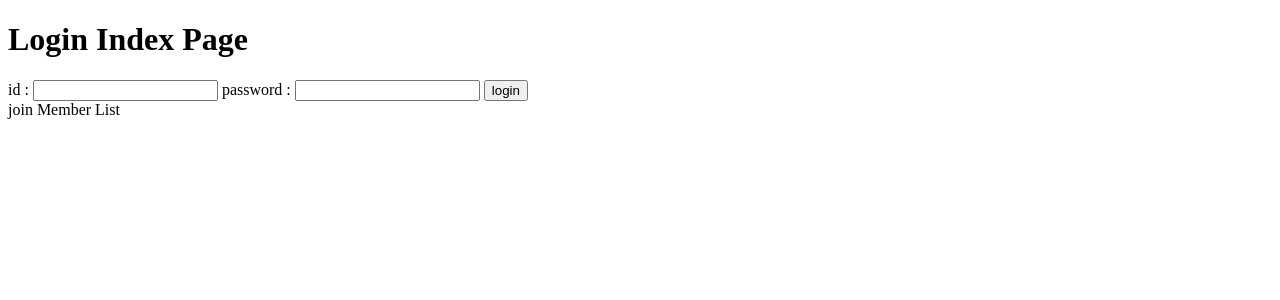
Repository: Dog-voice/king
Page: http://localhost/jsp_logint/
The author's editor kept a copy of each file at every save. The page is drawn from the files as they stood at one save, then again after the next save.
The browser window is 1280 px wide. The pictures show the whole page.
The page is served by Tomcat 9.

Above is the page before, as saved 2022-08-22 03:55:01.

After the next save:
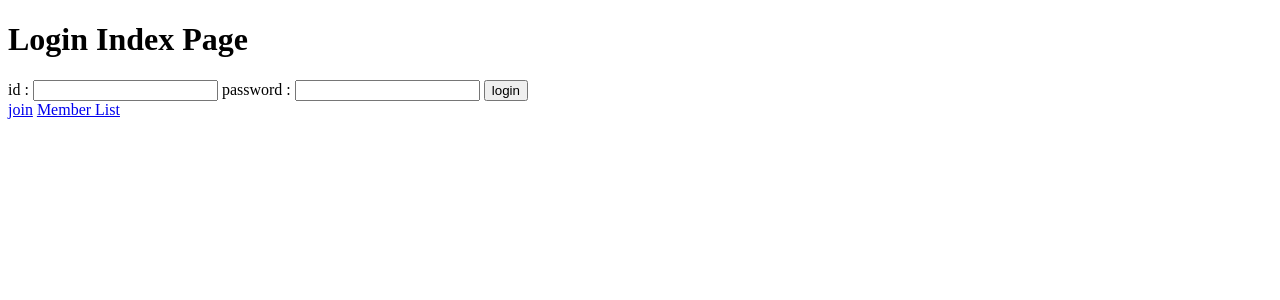
Saved 13 s later.
--- a/로그인/jsp_logint/src/main/webapp/index.jsp
+++ b/로그인/jsp_logint/src/main/webapp/index.jsp
@@ -18,7 +18,7 @@ password : <input type="text" name="password">
 
 <!-- login 이후 나와야 하는 내용 -->
 
-<a herf ="/mem/join">join</a>
-<a herf="/mem/list">Member List</a>
+<a href ="/mem/join">join</a>
+<a href="/mem/list">Member List</a>
 </body>
 </html>
